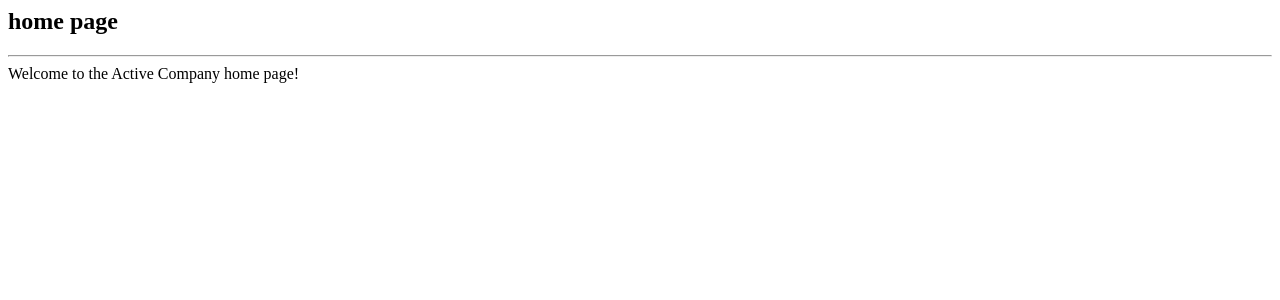
Repository: khaledesmail89/spring-Hibernate
Page: http://localhost/spring-security-demo-05-logout/
The author's editor kept a copy of each file at every save. The page is drawn from the files as they stood at one save, then again after the next save.
The browser window is 1280 px wide. The pictures show the whole page.
The page is served by Tomcat 9.

Above is the page before, as saved 2018-10-09 10:02:04.

After the next save:
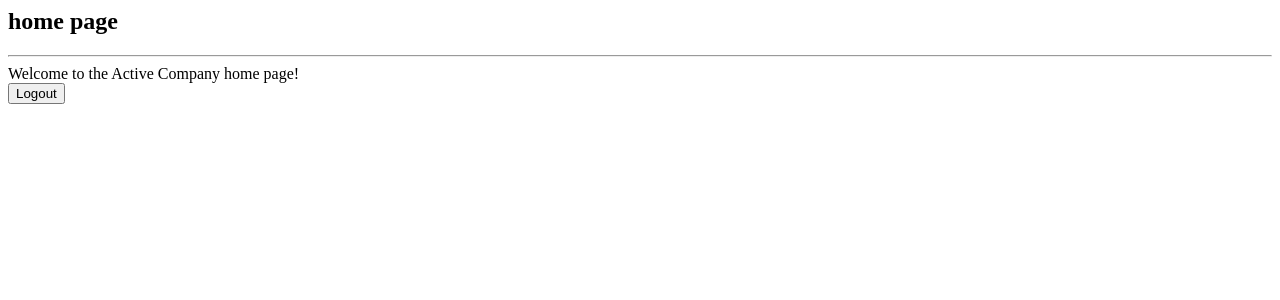
Saved 108 s later.
--- a/spring-security-demo-05-logout/src/main/webapp/WEB-INF/view/home.jsp
+++ b/spring-security-demo-05-logout/src/main/webapp/WEB-INF/view/home.jsp
@@ -8,5 +8,8 @@
 <h2>home page </h2>
 <hr>
 Welcome to the Active Company home page!
+<form:form action="${pageContext.request.contextPath}/logout" method="POST">
+<input type="submit" value="Logout"/>
+</form:form>
 </body>
 </html>
